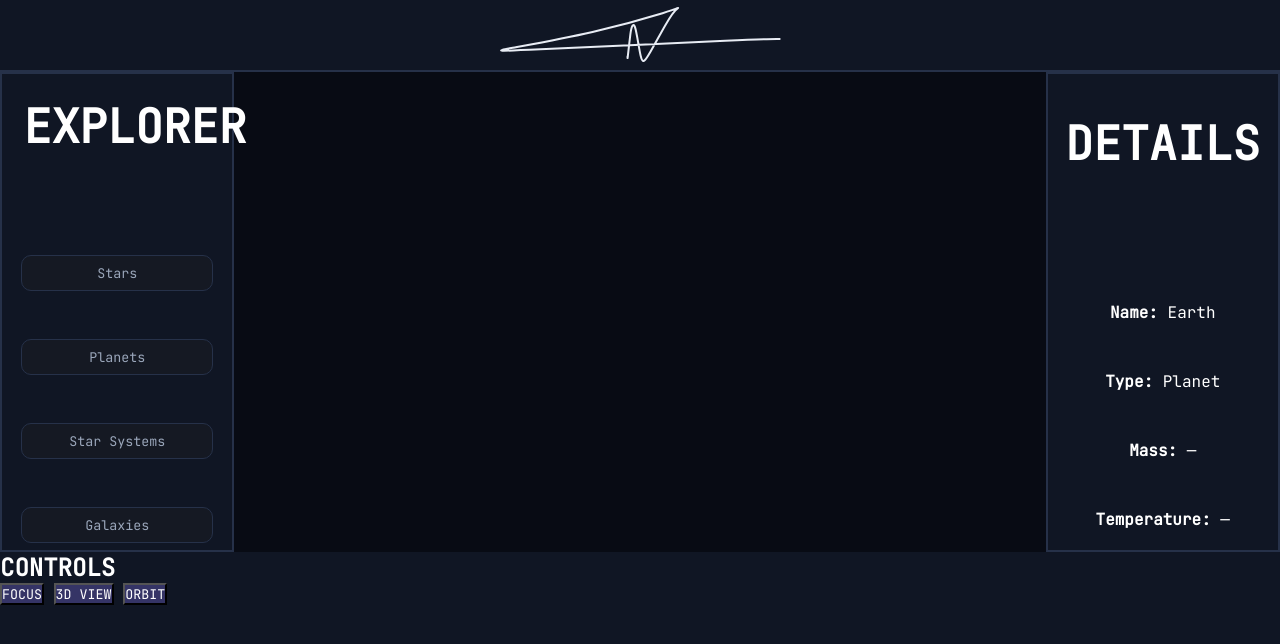
Repository: nico-madruga/Universe
Page: front-end/html/index.html
These files come from the project's save history. The page is drawn as it stood at one moment and after the next save; the edit follows.
The browser window is 1280 px wide. The pictures show the whole page.

Above is the page before, as saved 2026-09-28 18:02:11.

### front-end/html/index.html
<!DOCTYPE html>
<html lang="en">
<head>
    <meta charset="UTF-8">
    <meta name="viewport" content="width=device-width, initial-scale=1.0">
    <link href='https://fonts.googleapis.com/css?family=JetBrains Mono' rel='stylesheet'>
    <link rel="stylesheet" href="../css/style.css">
    <title>Universe</title>

    <link rel="stylesheet" href="../css/style.css">
</head>

<body>

    <header>
        <img src="/front-end/imgs/Vector 1.svg">
    </header>


    <main class="layout">

        <aside class="sidebar">

            <h2>EXPLORER</h2>

            <nav>
                <button class="standard_button">Stars</button>
                <button class="standard_button">Planets</button>
                <button class="standard_button">Star Systems</button>
                <button class="standard_button">Galaxies</button>
            </nav>

        </aside>


                <div class="star star-1"></div>
                <div class="star star-2"></div>
                <div class="star star-3"></div>

                <div class="planet"></div>

            <section class="object-info">

                <h2>DETAILS</h2>

                <div class="info-grid">

                    <p>
                        <strong>Name:</strong>
                        Earth
                    </p>

                    <p>
                        <strong>Type:</strong>
                        Planet
                    </p>

                    <p>
                        <strong>Mass:</strong>
                        —
                    </p>

                    <p>
                        <strong>Temperature:</strong>
                        —
                    </p>

                </div>

            </section>

        </section>

    </main>

    <footer class="controls">
        <h2>CONTROLS</h2>

        <div class="control-buttons">
            <button class="control-button">FOCUS</button>
            <button class="control-button">3D VIEW</button>
            <button class="control-button">ORBIT</button>
        </div>
    </footer>

</body>
</html>

### front-end/css/style.css
:root
{
    --background-color: #101624;
    --planet-background-color: #080B14;
    --button-color: #2222224D;
    --button-border-color-hovered: #222222;
    --button-color-hovered: #263149BF;
    --panels-color: #101624;
    --panel-borders-color: #263149;
    --main-text-color: #E8ECF4;
    --secondary-text-color: #9AA6BA;
    --primary-accent-color: #4CC9F0;
    --secondary-accent-color: #8B7CFF;
    --control-button-color: #8B7CFF4D;
    --highlight-color: #A9E8FF;
}

*
{
 padding: 0;
 margin: 0;
 color: white;
 font-family: 'JetBrains Mono';
}

header
{
    display: flex;
    padding: 1vh 0;
    background-color: var(--background-color);
    flex-direction: row-reverse;
    justify-content: space-evenly;
    border-bottom: 2px solid var(--panel-borders-color);
}

header input
{
    align-self: center;
    height: 2rem;
}

body
{
    background-color: var(--background-color);
}

.layout
{
    display: flex;
    justify-content: space-between;
    background-color: var(--planet-background-color);
}

.layout .sidebar
{
    display: flex;
    flex-direction: column;
    text-align: center;
    width: 18vw;
    height: 66vh;
    border: 2px solid var(--panel-borders-color);
    background-color: var(--panels-color);
}

.sidebar h2
{
    padding: 3vh;
    font-size: 2.9rem;
    font-style: normal;
}

.sidebar nav
{
    display: flex;
    flex-direction: column;
    gap: 48px;
    padding-top: 4.8rem;
}

.standard_button
{
    align-self: center;
    width: 15vw;
    height: 5vh;
    background-color: var(--button-color);
    border: 1px solid var(--panel-borders-color);
    border-style: solid;
    color: var(--secondary-text-color);
    border-radius: 10px;
}

.standard_button:hover
{
    border: 1px solid var(--button-border-color-hovered);
    background-color: var(--button-color-hovered);
    color: var(--secondary-accent-color)
}

.content
{
    display: flex;
}

.content .space
{
    background-color: var(--planet-background-color);
    width: 100%;
}

.layout .object-info
{
    display: flex;
    flex-direction: column;
    padding-top: 2.4rem;
    text-align: center;
    gap: 48px;
    width: 18vw;
    border: 2px solid var(--panel-borders-color);
    background-color: var(--panels-color);
}

.layout .object-info h2
{
    font-size: 2.9rem;
}

.layout .object-info .info-grid
{
    display: flex;
    flex-direction: column;
    padding-top: 5rem;
    gap: 48px;
}

.control-button
{
    background-color: var(--control-button-color);
}

After the next save:
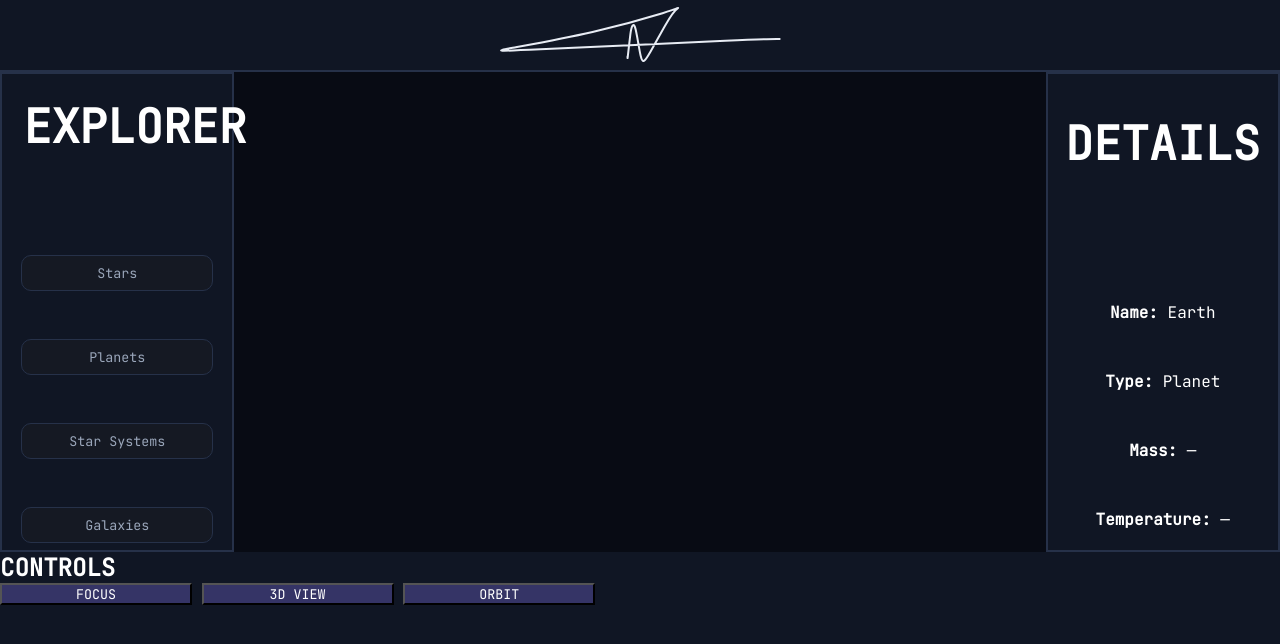
Saved 14 s later.
--- a/front-end/css/style.css
+++ b/front-end/css/style.css
@@ -135,4 +135,5 @@ body
 .control-button
 {
     background-color: var(--control-button-color);
+    width: 15vw;
 }
